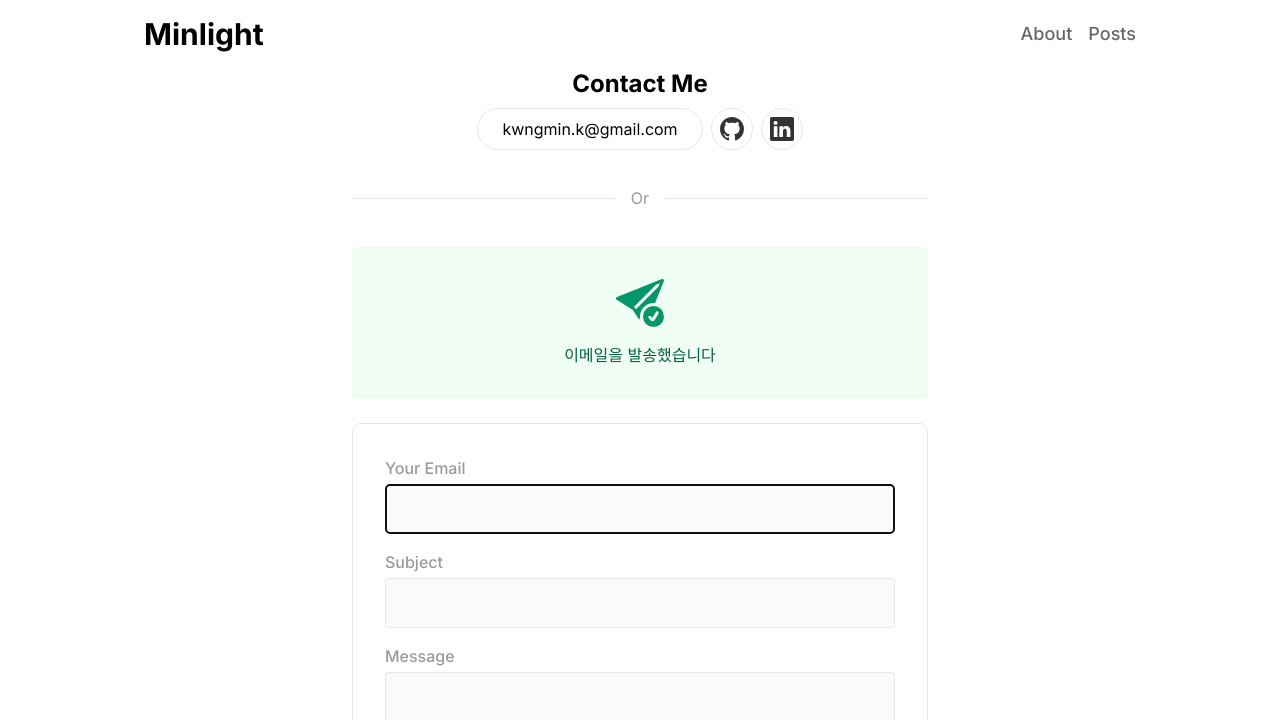
Repository: kwngmin/minlight-blog
Page: /contact
These files come from the project's save history. The page is drawn as it stood at one moment and after the next save; the edit follows.
The browser window is 1280 px wide. The pictures show the whole page.
An inner scrolling area shows only its first screen. The project was rebuilt for these pictures with package versions that can differ from the ones it lists, and the page was loaded fresh each time. The framework's server and built-in components were replaced by stand-ins that run in the browser. Also part of the build but not shown: next.config.js.

Above is the page before, as saved 2023-04-03 17:43:09.

### src/app/layout.tsx
import Footer from "@/components/Footer";
import "./globals.css";
import { Inter } from "next/font/google";
import Header from "@/components/Header";

const inter = Inter({ subsets: ["latin"] });

export const metadata = {
  title: "Create Next App",
  description: "Generated by create next app",
};

export default function RootLayout({
  children,
}: {
  children: React.ReactNode;
}) {
  return (
    <html lang="en" className={inter.className}>
      <body className="flex flex-col">
        <Header />
        <main className="max-w-screen-lg mx-auto w-full grow px-4">
          {children}
        </main>
        <Footer />
      </body>
    </html>
  );
}

### src/app/contact/page.tsx
import ContactForm from "@/components/ContactForm";
import { BsLinkedin, BsGithub } from "react-icons/bs";
export default function ContactPage() {
  const LINKS = [
    { icon: <BsGithub />, url: "https://github.com/kwngmin" },
    {
      icon: <BsLinkedin />,
      url: "https://www.linkedin.com/in/%EA%B4%91%EB%AF%BC-%EA%B9%80-52b83a25a/",
    },
  ];
  return (
    <section className="flex flex-col items-center gap-2 max-w-xl mx-auto">
      <h2 className="text-2xl font-bold">Contact Me</h2>
      <ul className="flex justify-center items-center gap-2">
        <a
          href="mailto:kwngmin.k@gmail.com"
          className="px-6 rounded-full hover:bg-black hover:text-white py-2 border"
        >
          kwngmin.k@gmail.com
        </a>
        {LINKS.map(({ url, icon }, index) => (
          <a
            href={url}
            key={index}
            target="_blank"
            rel="noreferrer"
            className="text-2xl text-black/80 hover:bg-black hover:text-white rounded-full p-2 border"
          >
            {icon}
          </a>
        ))}
      </ul>
      <div className="w-full relative flex justify-center">
        <div className="w-full my-10 border-b"></div>
        <span className="absolute top-7 bg-white px-4 text-black/40">Or</span>
      </div>
      <ContactForm />
    </section>
  );
}

### src/components/Footer.tsx
export default function Footer() {
  return (
    <section className="text-center py-16 text-black/30 border-t mt-12">
      © 2023 Minlight
    </section>
  );
}

### src/app/globals.css
@tailwind base;
@tailwind components;
@tailwind utilities;

* {
  box-sizing: border-box;
  padding: 0;
  margin: 0;
}

html,
body {
  height: 100vh;
  overflow-y: auto;
}

/*
:root {
  --max-width: 1100px;
  --border-radius: 12px;
  --font-mono: ui-monospace, Menlo, Monaco, "Cascadia Mono", "Segoe UI Mono",
    "Roboto Mono", "Oxygen Mono", "Ubuntu Monospace", "Source Code Pro",
    "Fira Mono", "Droid Sans Mono", "Courier New", monospace;

  --foreground-rgb: 0, 0, 0;
  --background-start-rgb: 214, 219, 220;
  --background-end-rgb: 255, 255, 255;

  --primary-glow: conic-gradient(
    from 180deg at 50% 50%,
    #16abff33 0deg,
    #0885ff33 55deg,
    #54d6ff33 120deg,
    #0071ff33 160deg,
    transparent 360deg
  );
  --secondary-glow: radial-gradient(
    rgba(255, 255, 255, 1),
    rgba(255, 255, 255, 0)
  );

  --tile-start-rgb: 239, 245, 249;
  --tile-end-rgb: 228, 232, 233;
  --tile-border: conic-gradient(
    #00000080,
    #00000040,
    #00000030,
    #00000020,
    #00000010,
    #00000010,
    #00000080
  );

  --callout-rgb: 238, 240, 241;
  --callout-border-rgb: 172, 175, 176;
  --card-rgb: 180, 185, 188;
  --card-border-rgb: 131, 134, 135;
}

@media (prefers-color-scheme: dark) {
  :root {
    --foreground-rgb: 255, 255, 255;
    --background-start-rgb: 0, 0, 0;
    --background-end-rgb: 0, 0, 0;

    --primary-glow: radial-gradient(rgba(1, 65, 255, 0.4), rgba(1, 65, 255, 0));
    --secondary-glow: linear-gradient(
      to bottom right,
      rgba(1, 65, 255, 0),
      rgba(1, 65, 255, 0),
      rgba(1, 65, 255, 0.3)
    );

    --tile-start-rgb: 2, 13, 46;
    --tile-end-rgb: 2, 5, 19;
    --tile-border: conic-gradient(
      #ffffff80,
      #ffffff40,
      #ffffff30,
      #ffffff20,
      #ffffff10,
      #ffffff10,
      #ffffff80
    );

    --callout-rgb: 20, 20, 20;
    --callout-border-rgb: 108, 108, 108;
    --card-rgb: 100, 100, 100;
    --card-border-rgb: 200, 200, 200;
  }
}

* {
  box-sizing: border-box;
  padding: 0;
  margin: 0;
}

html,
body {
  max-width: 100vw;
  overflow-x: hidden;
}

body {
  color: rgb(var(--foreground-rgb));
  background: linear-gradient(
      to bottom,
      transparent,
      rgb(var(--background-end-rgb))
    )
    rgb(var(--background-start-rgb));
}

a {
  color: inherit;
  text-decoration: none;
}

@media (prefers-color-scheme: dark) {
  html {
    color-scheme: dark;
  }
} */

### src/components/Header.tsx
import Link from "next/link";

const navData = [
  { name: "About", path: "/about" },
  { name: "Posts", path: "/posts" },
];

export default function Header() {
  return (
    <div className="w-full flex justify-between items-center p-4 mx-auto max-w-screen-lg">
      <Link href="/">
        <h1 className="text-3xl font-bold">Minlight</h1>
      </Link>
      <nav className="flex gap-4 px-4 lg:px-0">
        {navData.map(({ name, path }) => (
          <Link
            href={path}
            key={path}
            className="text-black/60 hover:text-black text-lg font-medium hover:underline decoration-slate-400 hover:decoration-4 underline-offset-8"
          >
            {name}
          </Link>
        ))}
      </nav>
    </div>
  );
}

### src/components/ContactForm.tsx
"use client";
import { ChangeEvent, FormEvent, useState } from "react";
import Banner, { BannerData } from "./banner";
import TextareaAutosize from "react-textarea-autosize";
import { BsSendCheckFill } from "react-icons/bs";

type Form = {
  from: string;
  subject: string;
  message: string;
};
export default function ContactForm() {
  const [form, setForm] = useState<Form>({
    from: "",
    subject: "",
    message: "",
  });
  const [banner, setBanner] = useState<BannerData | null>(null);
  const onChange = (e: ChangeEvent<HTMLInputElement | HTMLTextAreaElement>) => {
    const { name, value } = e.target;
    setForm((prev) => ({ ...prev, [name]: value }));
  };
  const onSubmit = (e: FormEvent<HTMLFormElement>) => {
    e.preventDefault();
    console.log(e.target);
    setBanner({ message: "성공했어", state: "success" });
    // setTimeout(() => {
    //   setBanner(null);
    // }, 5000);
    // setForm({
    //   from: "",
    //   subject: "",
    //   message: "",
    // });
  };
  const INPUT_LABEL = "font-medium text-black/40 mb-1";
  const INPUT_BOX = "mb-4 resize-none px-3 py-3 border rounded bg-zinc-50";
  return (
    <section className="w-full">
      {/* {banner && <Banner banner={banner} />}
       */}
      <div className="bg-green-50 px-4 py-8 mb-6 rounded flex flex-col items-center text-emerald-800">
        <BsSendCheckFill className="text-5xl mb-4 text-emerald-600" />
        <span>{`이메일을 발송했습니다`}</span>
      </div>
      <form
        onSubmit={onSubmit}
        className="flex flex-col border p-8 w-full rounded-lg"
      >
        <label htmlFor="from" className={INPUT_LABEL}>
          Your Email
        </label>
        <input
          type="email"
          id="from"
          required
          autoFocus
          name="from"
          value={form.from}
          onChange={onChange}
          className={INPUT_BOX}
        />
        <label htmlFor="subject" className={INPUT_LABEL}>
          Subject
        </label>
        <input
          type="string"
          id="subject"
          required
          name="subject"
          value={form.subject}
          onChange={onChange}
          className={INPUT_BOX}
        />
        <label htmlFor="message" className={INPUT_LABEL}>
          Message
        </label>
        <TextareaAutosize
          rows={6}
          minRows={6}
          id="message"
          required
          name="message"
          value={form.message}
          onChange={onChange}
          className={INPUT_BOX}
        />
        <button className="bg-zinc-100 hover:bg-zinc-300 rounded-lg h-12">
          Send Email
        </button>
      </form>
    </section>
  );
}

### tailwind.config.js
/** @type {import('tailwindcss').Config} */
module.exports = {
  content: ["./src/**/*.{js,ts,jsx,tsx}"],
  theme: {
    extend: {},
  },
  plugins: [require("@tailwindcss/typography")],
};

After the next save:
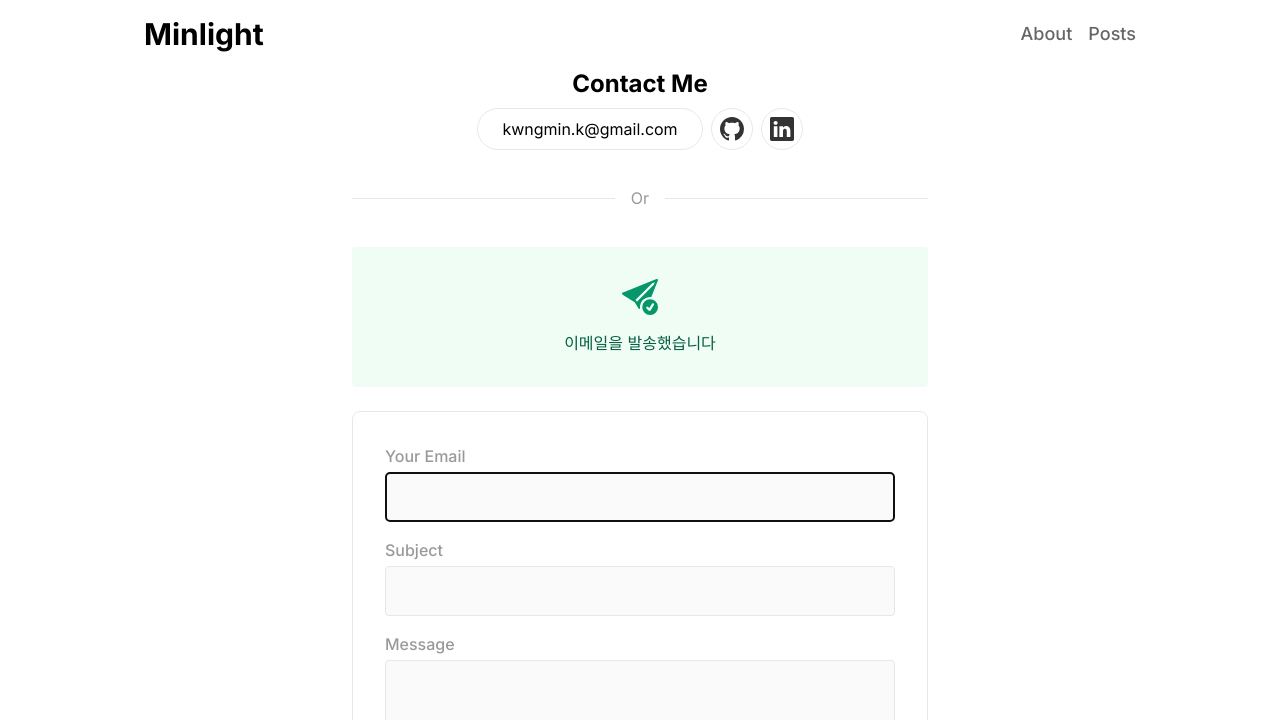
Saved 8 s later.
--- a/src/components/ContactForm.tsx
+++ b/src/components/ContactForm.tsx
@@ -40,7 +40,7 @@ export default function ContactForm() {
       {/* {banner && <Banner banner={banner} />}
        */}
       <div className="bg-green-50 px-4 py-8 mb-6 rounded flex flex-col items-center text-emerald-800">
-        <BsSendCheckFill className="text-5xl mb-4 text-emerald-600" />
+        <BsSendCheckFill className="text-4xl mb-4 text-emerald-600" />
         <span>{`이메일을 발송했습니다`}</span>
       </div>
       <form
